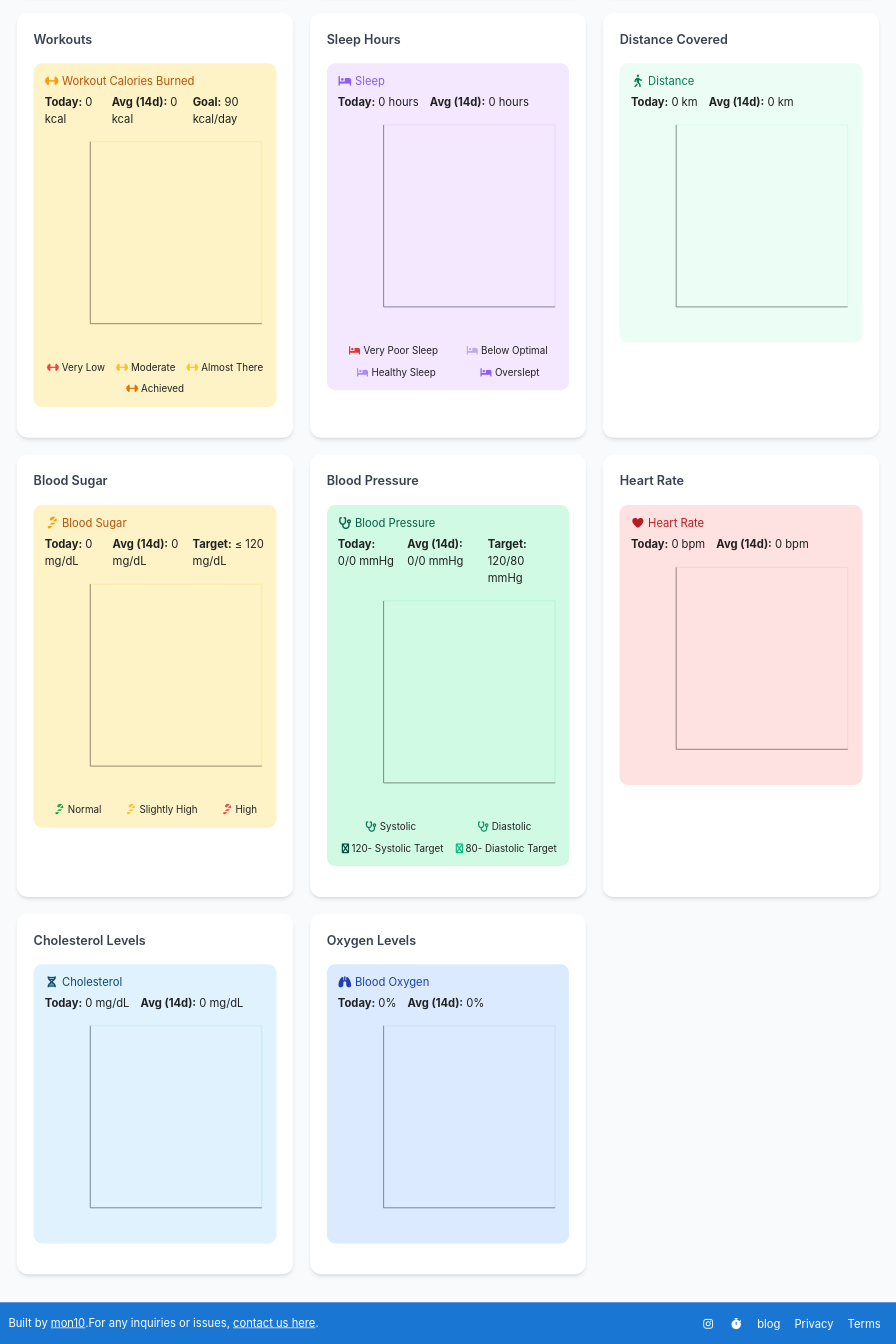
Repository: bhumikamourya/health-monitoring-application
Page: /dashboard (app in frontend/)
These files come from the project's save history. The page is drawn as it stood at one moment and after the next save; the edit follows.
The browser window is 1280 px wide. The pictures show the part of the page from y = 829 to 2749 px (the page is 2749 px tall), at 70% of full size.
The page's requests for data from a server got no answer. Some web libraries are served in a nearby version. The project was rebuilt for these pictures with package versions that can differ from the ones it lists, and the page was loaded fresh each time. No one was signed in, and anything a server would have sent is missing. Also part of the build but not shown: frontend/src/components/Home/particleBackground.js, frontend/src/components/Home/Component1.js, frontend/src/components/Home/Component2.js, frontend/src/components/Home/Component3.js, frontend/src/components/Home/Component4.js, frontend/src/components/Home/HomePage.js, frontend/src/components/Blog/Component1.js, frontend/src/components/Blog/Component2.js and 16 more.

Above is the page before, as saved 2025-10-14 19:29:22.

After the next save:
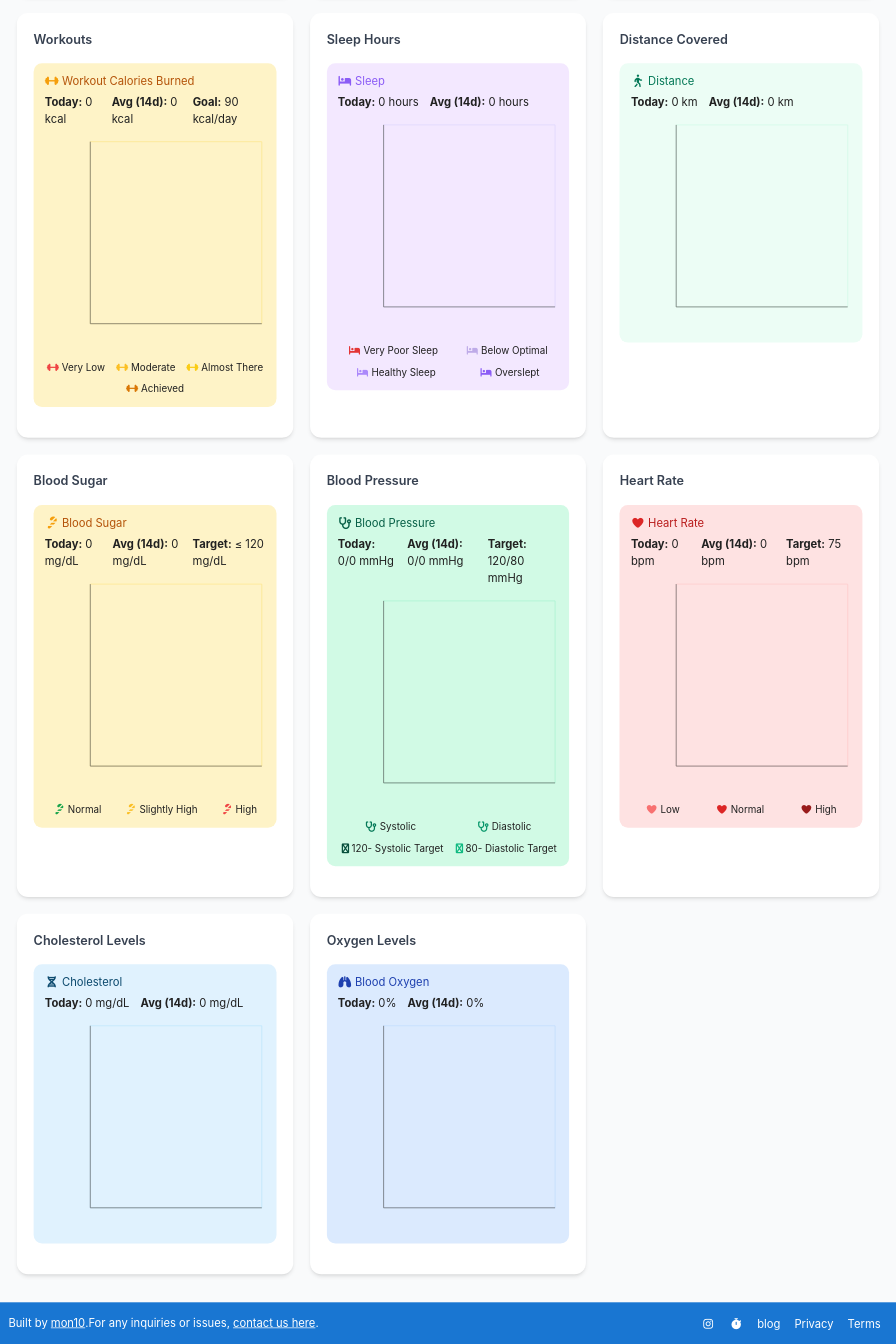
Saved 57 s later.
--- a/frontend/src/components/Charts/MedicalCharts.js
+++ b/frontend/src/components/Charts/MedicalCharts.js
@@ -159,23 +159,38 @@ function BPChart({ days = 7, systolicTarget = 120, diastolicTarget = 80 }) {
 // Heart Rate Chart
 function HeartRateChart({ days = 7, target = 75 }) {
   const { data, todayTotal, avg } = useChartData("heartrate", "heartrate", days);
-const getHRColor = (value) => {
-  if (value < 60) return "#f87171";     // light red
-  if (value <= 100) return "#dc2626";   // normal red
-  return "#991b1b";                     // dark red
-};
-
-const coloredData = data.map(d => ({
-  ...d,
-  fill: getHRColor(d.heartrate)
-}));
-  return (
-    <div style={{ maxWidth: 700, margin: "20px auto", background: "#fee2e2", borderRadius: 12, padding: 16 }}>
-      <h2 style={{ marginBottom: 8, color: "#b91c1c" }}><i class="fa-solid fa-heart"></i> Heart Rate </h2>
+
+  const getHRColor = (value) => {
+    if (value < 60) return "#f87171";    // 🔴 Low
+    if (value <= 100) return "#dc2626";  // 🟠 Normal
+    return "#991b1b";                    // 🔴 High
+  };
+
+  const coloredData = data.map(d => ({
+    ...d,
+    fill: getHRColor(d.heartrate)
+  }));
+
+  return (
+    <div
+      style={{
+        maxWidth: 700,
+        margin: "20px auto",
+        background: "#fee2e2",
+        borderRadius: 12,
+        padding: 16
+      }}
+    >
+      <h2 style={{ marginBottom: 8, color: "#b91c1c" }}>
+        <i className="fa-solid fa-heart" style={{ color: "#dc2626" }}></i> Heart Rate
+      </h2>
+
       <div style={{ display: "flex", gap: 16, marginBottom: 16 }}>
         <div><b>Today:</b> {todayTotal} bpm</div>
         <div><b>Avg ({days}d):</b> {avg} bpm</div>
-      </div>
+        <div><b>Target:</b> {target} bpm</div>
+      </div>
+
       <div style={{ width: "100%", height: 300 }}>
         <ResponsiveContainer>
           <BarChart data={coloredData}>
@@ -183,14 +198,37 @@ const coloredData = data.map(d => ({
             <XAxis dataKey="date" />
             <YAxis allowDecimals={false} />
             <Tooltip content={<CustomTooltip unit="bpm" />} />
-            <Bar dataKey="heartrate" fill= {({ payload }) => payload.fill}/>
-            <Line type="monotone" dataKey={() => target} stroke="#991b1b" strokeWidth={2} dot={false} />
-          </BarChart>
-        </ResponsiveContainer>
-      </div>
-    </div>
-  );
-}
+            <Bar dataKey="heartrate" fill={({ payload }) => payload.fill} />
+            <Line
+              type="monotone"
+              dataKey={() => target}
+              stroke="#991b1b"
+              strokeWidth={2}
+              dot={false}
+            />
+          </BarChart>
+        </ResponsiveContainer>
+      </div>
+
+      {/* 👇 Color Legend Section */}
+      <div
+        style={{
+          marginTop: 16,
+          display: "flex",
+          justifyContent: "space-around",
+          flexWrap: "wrap",
+          gap: 10,
+          fontSize: 14
+        }}
+      >
+        <div><i style={{ color: "#f87171" }} className="fa-solid fa-heart"></i> Low</div>
+        <div><i style={{ color: "#dc2626" }} className="fa-solid fa-heart"></i> Normal</div>
+        <div><i style={{ color: "#991b1b" }} className="fa-solid fa-heart"></i> High</div>
+      </div>
+    </div>
+  );
+}
+
 
 // Cholesterol Chart
 function CholesterolChart({ days = 7, ldlTarget = 100, hdlTarget = 40 }) {
